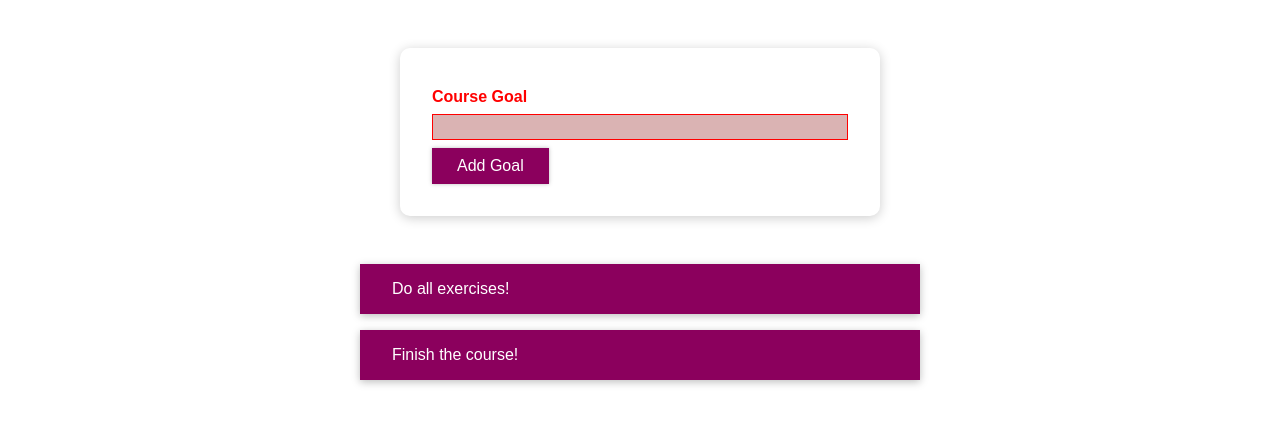
Repository: sohan2503001/Task-adder
Page: /
An editor plug-in stored every save of this project. The page is shown before and after a run of saves, followed by the edit.
The browser window is 1280 px wide. The pictures show the whole page.
The project was rebuilt for these pictures with package versions that can differ from the ones it lists, and the page was loaded fresh each time.

Above is the page before, as saved 2021-04-22 22:06:08.

After the next 2 saves:
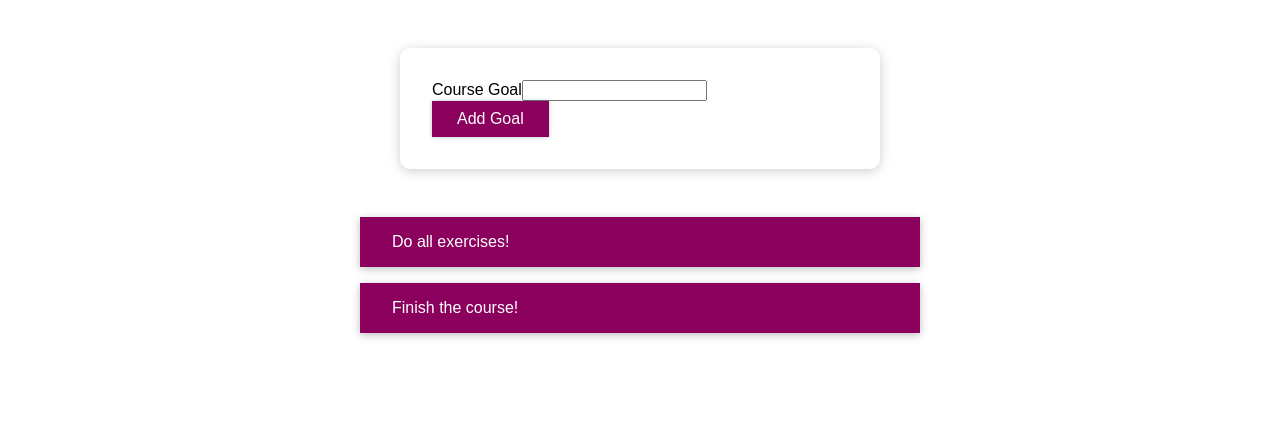
The 2 saves are shown as one change because 1 did not build or start.
The last was saved 93 s later.
--- a/src/components/CourseGoals/CourseInput/CourseInput.js
+++ b/src/components/CourseGoals/CourseInput/CourseInput.js
@@ -25,7 +25,7 @@ const CourseInput = props => {
 
   return (
     <form onSubmit={formSubmitHandler}>
-      <div className="form-control invalid">
+      <div className={``}>
         <label>Course Goal</label>
         <input type="text" onChange={goalInputChangeHandler} />
       </div>
